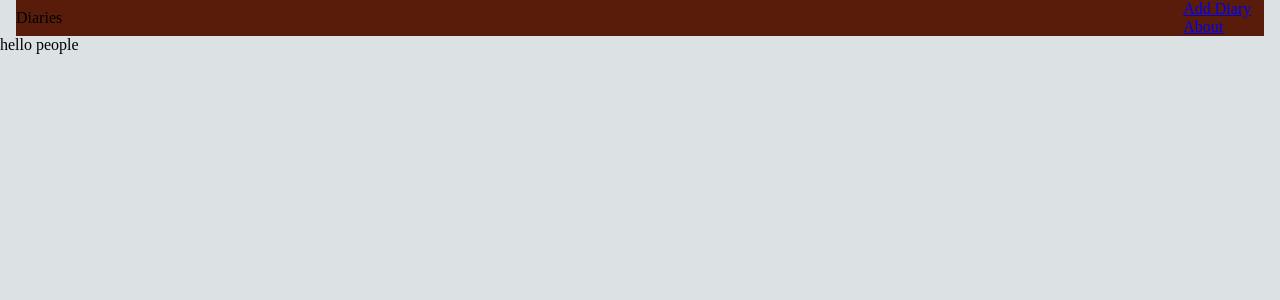
Repository: Tun-Dev/mydiary
Page: /
An editor plug-in stored every save of this project. The page is shown before and after the next save, followed by the edit.
The browser window is 1280 px wide. The pictures show the whole page.
The project was rebuilt for these pictures with package versions that can differ from the ones it lists, and the page was loaded fresh each time.

Above is the page before, as saved 2021-05-10 12:12:33.

After the next save:
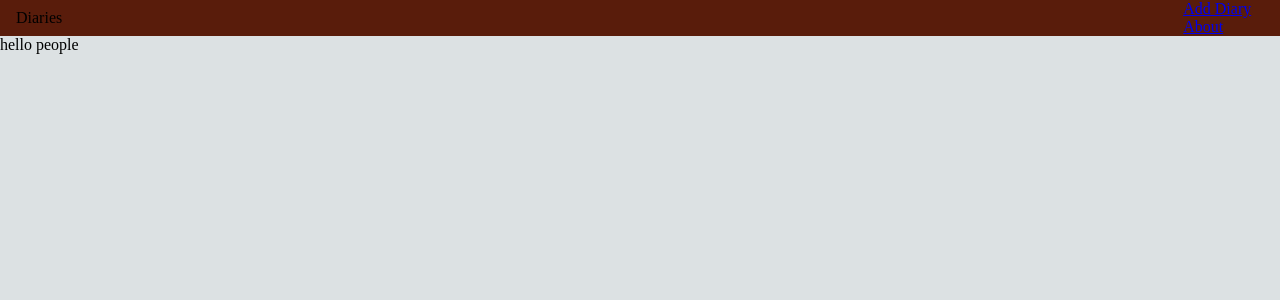
Saved 47 s later.
--- a/src/Layout/Nav.js
+++ b/src/Layout/Nav.js
@@ -18,11 +18,11 @@ const Nav = () => {
     )
 }
 const NavBar = styled.div`
+     background-color: #591c0b;
   nav {
     display: flex;
     justify-content: space-between;
     align-items: center;
-    background-color: #591c0b;
     margin: 0 1rem;
 
 }
